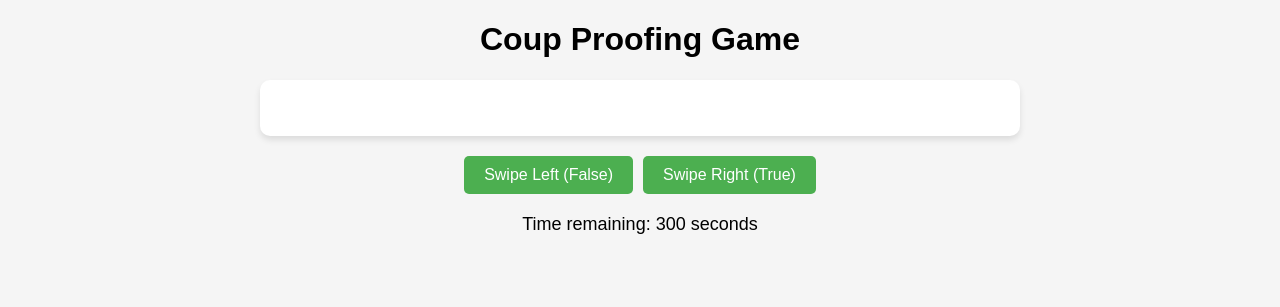
Repository: tyfeeney/Coup-Proofing-Alpha
Page: index.html
The author's editor kept a copy of each file at every save. The page is drawn from the files as they stood at one save, then again after the next save.
The browser window is 1280 px wide. The pictures show the whole page.

Above is the page before, as saved 2023-04-25 20:58:10.
Console error: ReferenceError: statementElem is not defined

After the next save:
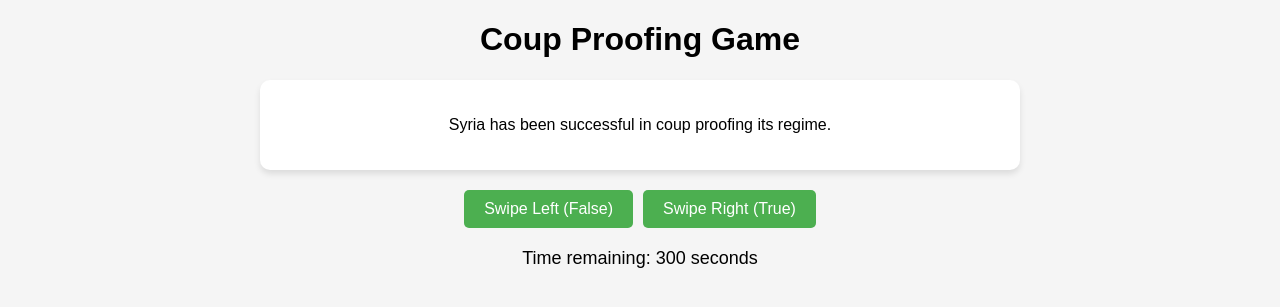
The error is gone.
Saved 2 min 5 s later.
--- a/scripts.js
+++ b/scripts.js
@@ -1,3 +1,13 @@
+const statementElem = document.querySelector('.statement');
+const leftBtn = document.getElementById('left-btn');
+const rightBtn = document.getElementById('right-btn');
+const timerElem = document.getElementById('time');
+const scoreElem = document.getElementById('score');
+const scoreContainer = document.querySelector('.score');
+
+let score = 0;
+let timeLeft = 300; // You can adjust the game duration here, in seconds
+
 const statements = [
   {
     scenario: "Egypt",
